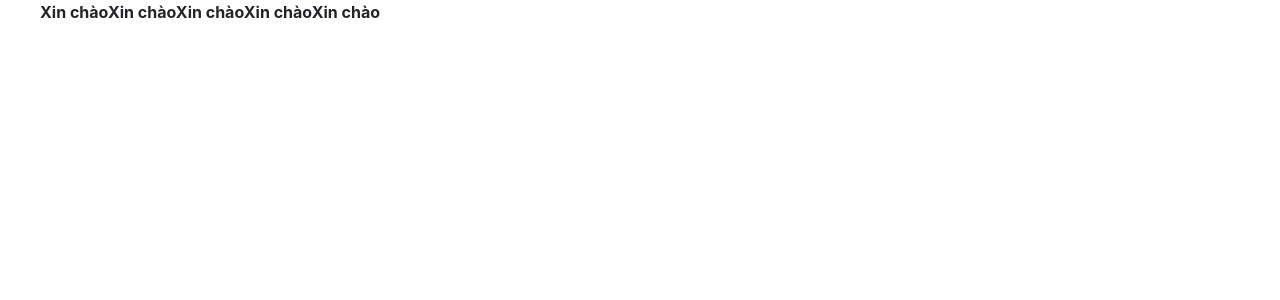
Repository: anhtu2110/front_end
Page: lesson/bootstrap/box/4.8-clearfix.html
The author's editor kept a copy of each file at every save. The page is drawn from the files as they stood at one save, then again after the next save.
The browser window is 1280 px wide. The pictures show the whole page.

Above is the page before, as saved 2022-12-02 10:26:20.

### lesson/bootstrap/box/4.8-clearfix.html
<!DOCTYPE html>
<html lang="en">
  <head>
    <meta charset="UTF-8" />
    <meta http-equiv="X-UA-Compatible" content="IE=edge" />
    <meta name="viewport" content="width=device-width, initial-scale=1.0" />
    <link rel="stylesheet" href="./bootstrap/css/bootstrap.min.css" />
    <script src="./js/jquery-3.6.1.min.js"></script>
    <title>Chống sập độ cao trong bootstrap</title>
  </head>
  <body>
    <ul>
      <strong class="number"></strong>
    </ul>
    <script>
      $(document).ready(function () {
        var add = "";
        for (let index = 1; index < 6; index++) {
          add += "<strong class='number'>Xin chào</strong>";
        }
        $("ul").html(add);
      });
    </script>
    <script src="./js/popper.min.js"></script>
    <script src="./bootstrap/js/bootstrap.min.js"></script>
  </body>
</html>

Loaded but not shown: lesson/bootstrap/box/bootstrap/css/bootstrap.min.css (library); lesson/bootstrap/box/js/jquery-3.6.1.min.js (library); lesson/bootstrap/box/js/popper.min.js (library); lesson/bootstrap/box/bootstrap/js/bootstrap.min.js (library)

After the next save:
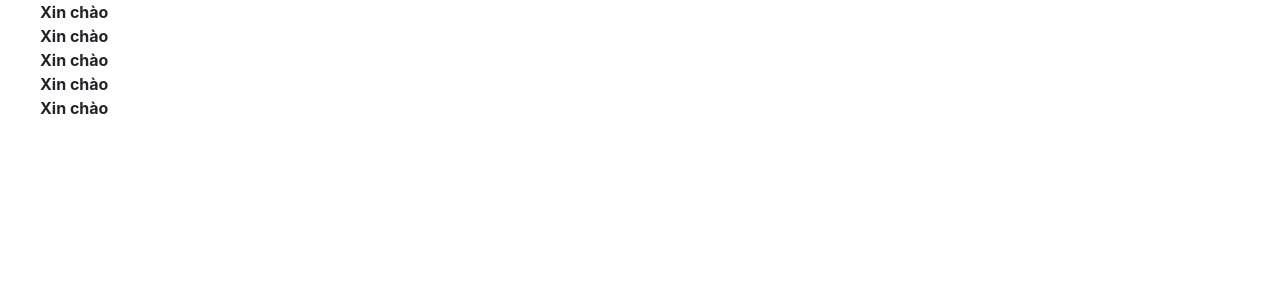
Saved 12 s later.
--- a/lesson/bootstrap/box/4.8-clearfix.html
+++ b/lesson/bootstrap/box/4.8-clearfix.html
@@ -16,7 +16,7 @@
       $(document).ready(function () {
         var add = "";
         for (let index = 1; index < 6; index++) {
-          add += "<strong class='number'>Xin chào</strong>";
+          add += "<strong class='number'>Xin chào</strong><br>";
         }
         $("ul").html(add);
       });
